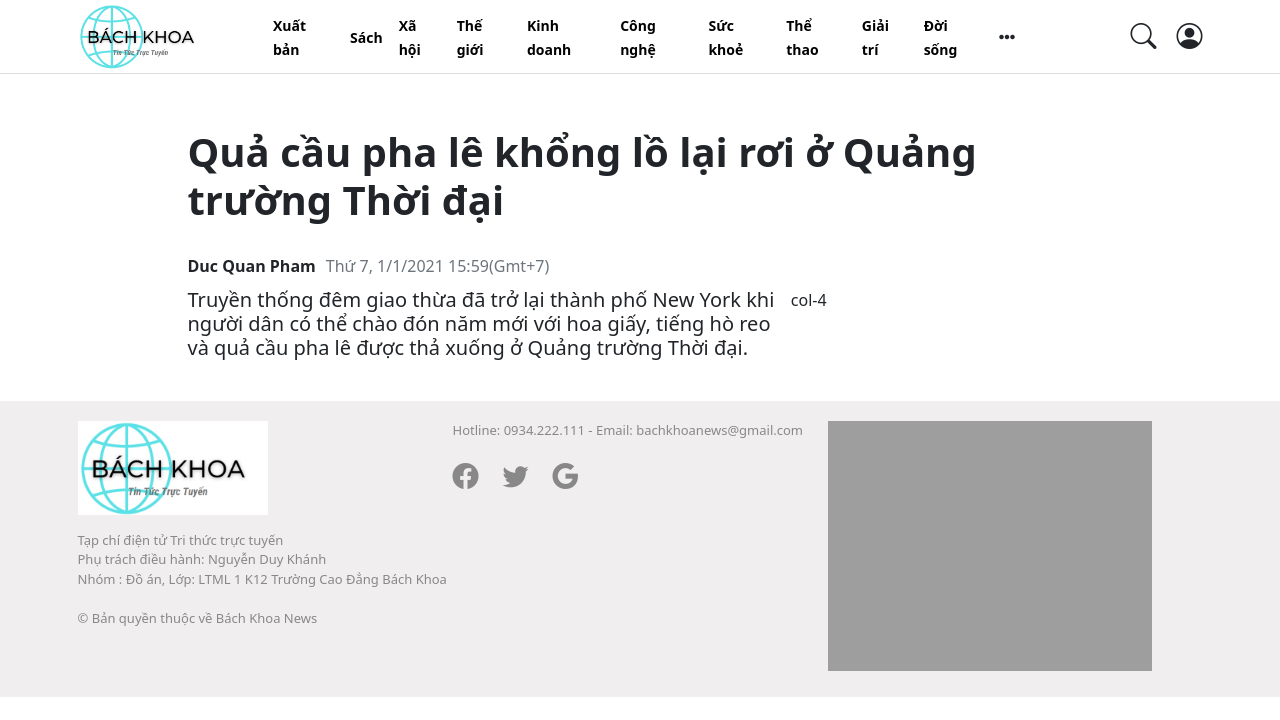
Repository: khanh2324/Java_Web
Page: WebContent/home-new/index.html
The author's editor kept a copy of each file at every save. The page is drawn from the files as they stood at one save, then again after the next save.
The browser window is 1280 px wide. The pictures show the whole page.
Pictures or frames that could not be fetched are drawn as grey boxes. Some web libraries are served in a nearby version.

Above is the page before, as saved 2022-01-01 16:07:39.

After the next save:
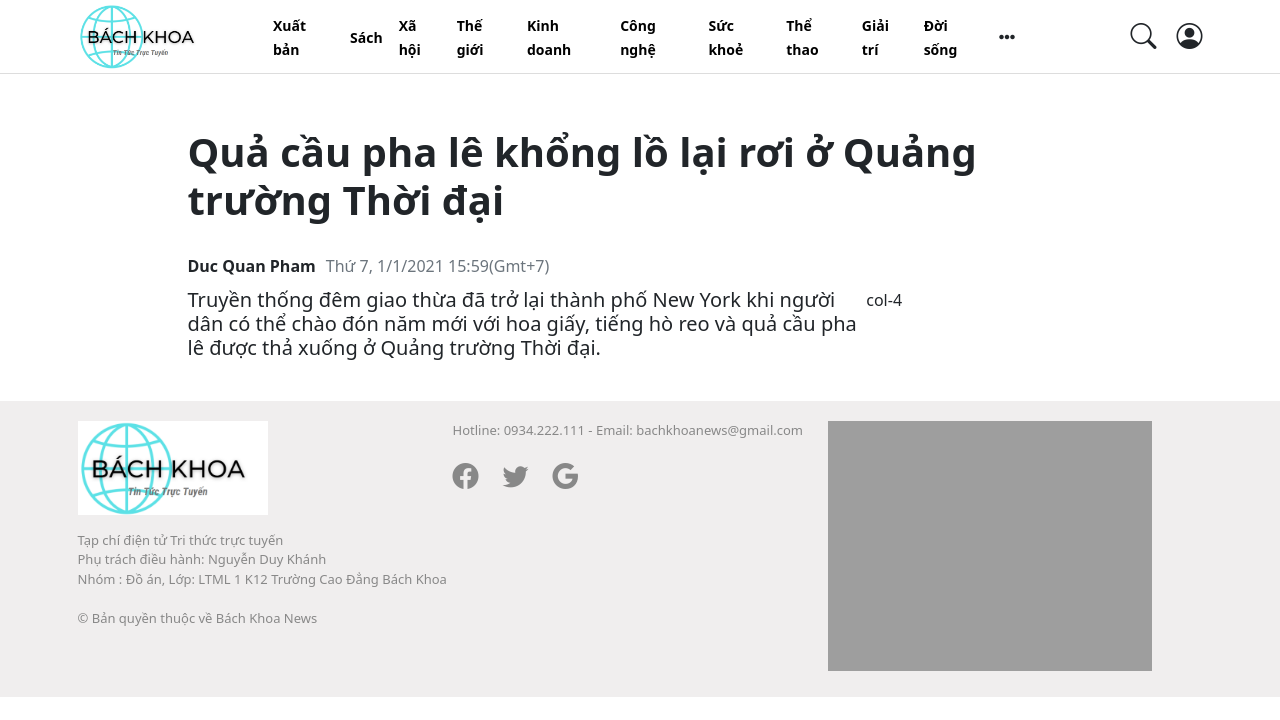
Saved 7 s later.
--- a/WebContent/home-new/index.html
+++ b/WebContent/home-new/index.html
@@ -406,7 +406,7 @@
                 </div>
                 <div class="content-hot d-flex mt-xxl-5">
 
-                        <div class="col-8">
+                        <div class="col-9">
                             <h2 class="category-heading">
                                 Truyền thống đêm giao thừa đã trở lại thành phố New York khi người dân có thể chào đón năm mới với hoa giấy, tiếng hò reo và quả cầu pha lê được thả xuống ở Quảng trường Thời đại.
                             </h2>
